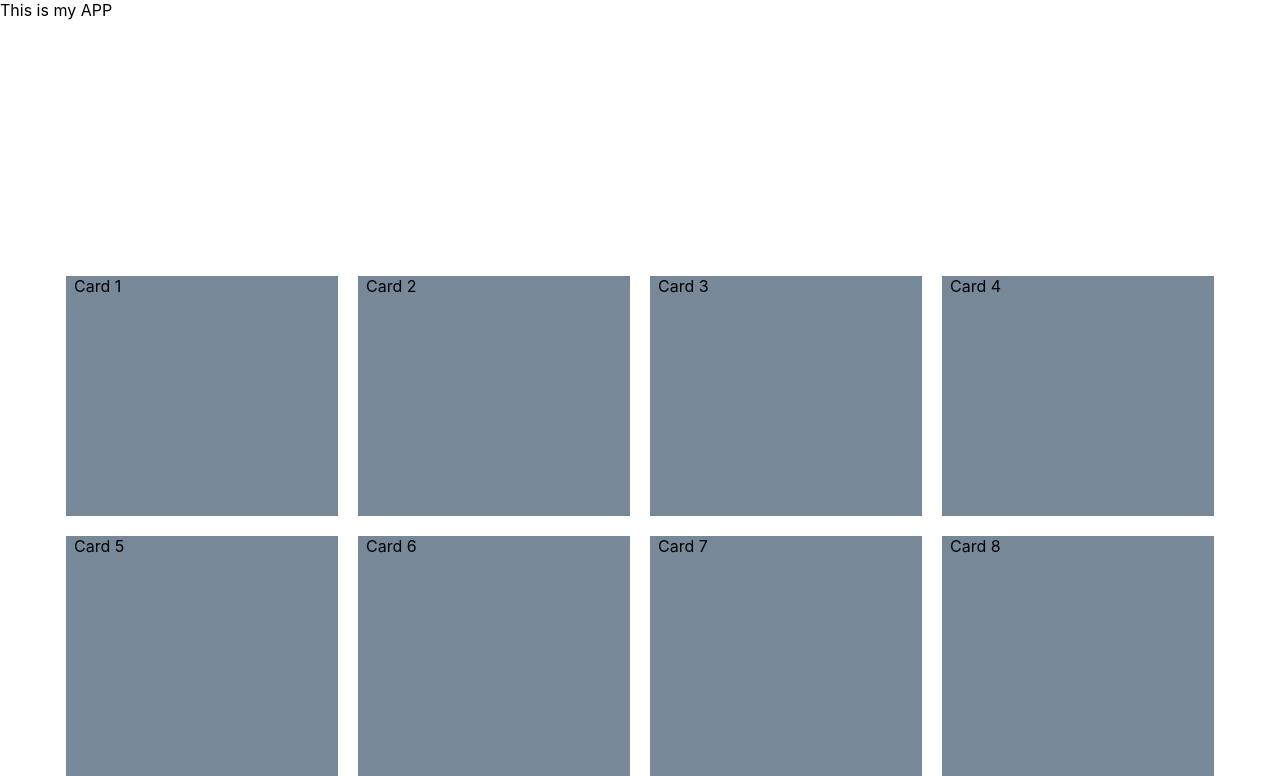
Repository: vnevescode/ui-components-react
Page: /
These files come from the project's save history. The page is drawn as it stood at one moment and after the next save; the edit follows.
The browser window is 1280 px wide. The pictures show the whole page.
The project was rebuilt for these pictures with package versions that can differ from the ones it lists, and the page was loaded fresh each time.

Above is the page before, as saved 2022-06-09 22:25:27.

### src/App.js
import React from 'react';
import Cards from './components/Cards/Cards';

function App() {
  return (
    <div className="App">
      <div>This is my APP</div>
      <Cards/>
    </div>
  );
}

export default App;

### src/components/Cards/Cards.jsx
import React from 'react'
import './Cards.style.css'

const Cards = () => {
  return (
    <>
        <div className="cards">
            {/* A card with given width */}
            <div className="cards__item">
                {'Card 1'}
            </div>
            {/* Repeat other cards */}
            <div className="cards__item">
                {'Card 2'}
            </div>
            <div className="cards__item">
                {'Card 3'}
            </div>
            <div className="cards__item">
                {'Card 4'}
            </div>
            <div className="cards__item">
                {'Card 5'}
            </div>
            <div className="cards__item">
                {'Card 6'}
            </div>
            <div className="cards__item">
                {'Card 7'}
            </div>
            <div className="cards__item">
                {'Card 8'}
            </div>
        </div>
    </>
  )
}

export default Cards

### src/components/Cards/Cards.style.css

.cards{
    display: flex;
    /* flex-direction: column; */
    justify-content: center;
    flex-wrap: wrap;
    gap: 20px;
    width: 100%;
    margin-top: 20%;
}

.cards__item{
    /* width: 50px;*/
    height: 15rem;
    flex-basis: 20%;
    padding-left: 8px;
    padding-right: 8px;
    background-color: lightslategray;
}

Loaded but not shown: public/index.html (common file); src/index.js (common file); src/index.css (common file)

After the next save:
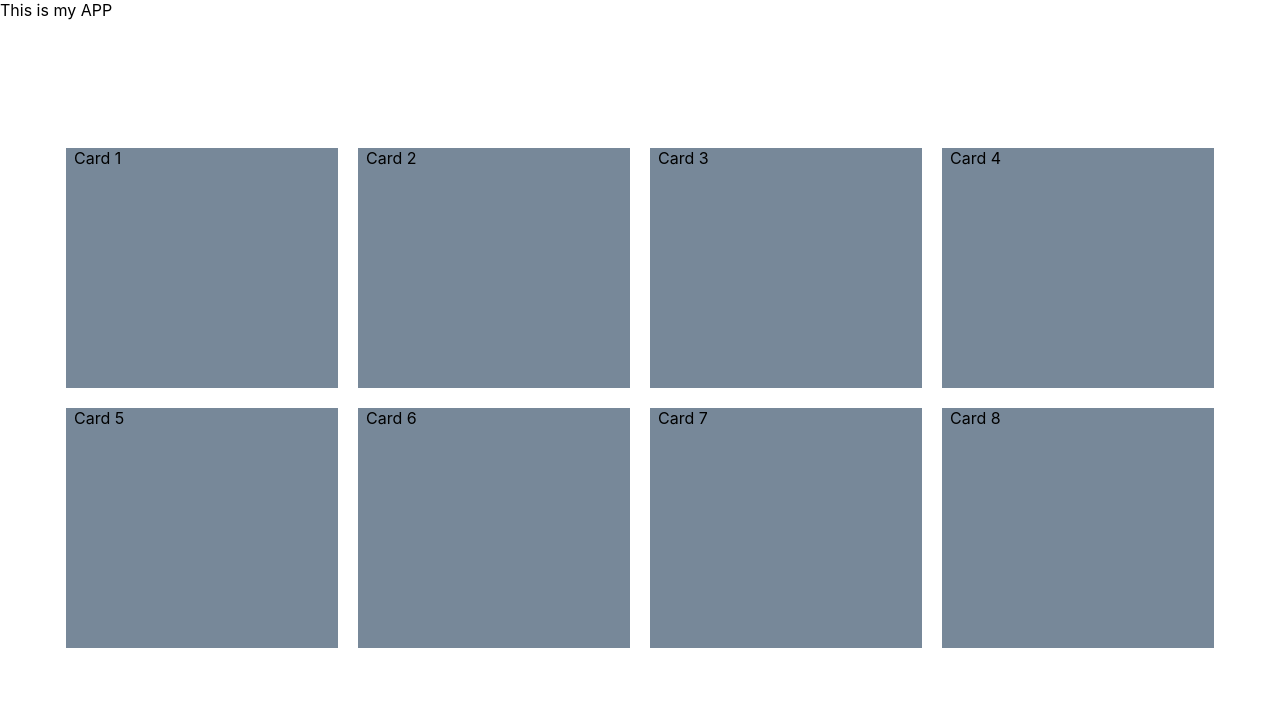
Saved 8 s later.
--- a/src/components/Cards/Cards.style.css
+++ b/src/components/Cards/Cards.style.css
@@ -6,7 +6,7 @@
     flex-wrap: wrap;
     gap: 20px;
     width: 100%;
-    margin-top: 20%;
+    margin-top: 10%;
 }
 
 .cards__item{
